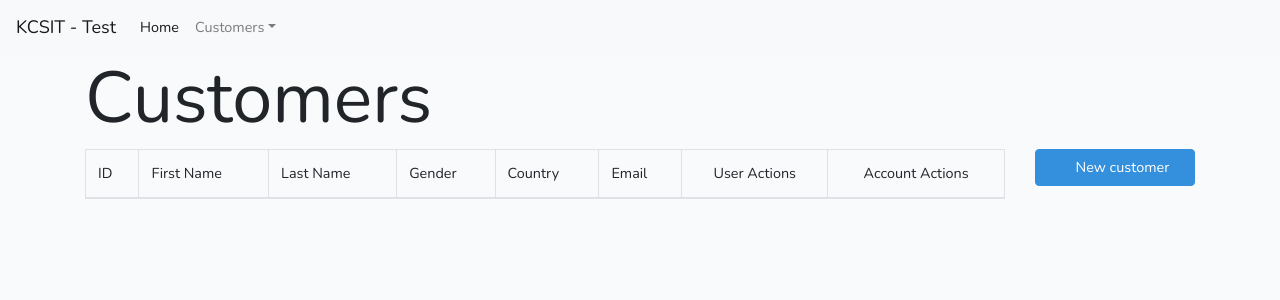
Repository: GilmarBrito/kcsit
Page: resources/views/customers/index.blade.php
The author's editor kept a copy of each file at every save. The page is drawn from the files as they stood at one save, then again after the next save.
The browser window is 1280 px wide. The pictures show the whole page.
The page is served by the project's Laravel application, run on PHP 8.4 with Laravel 8. Style sheets and scripts are compiled from the project's sources, by tool versions that may differ from the author's. The template is opened directly, without the code that normally fills it, so the values that code supplies are empty.

Above is the page before, as saved 2020-03-08 20:43:27.
Console error: ReferenceError: $ is not defined

After the next save:
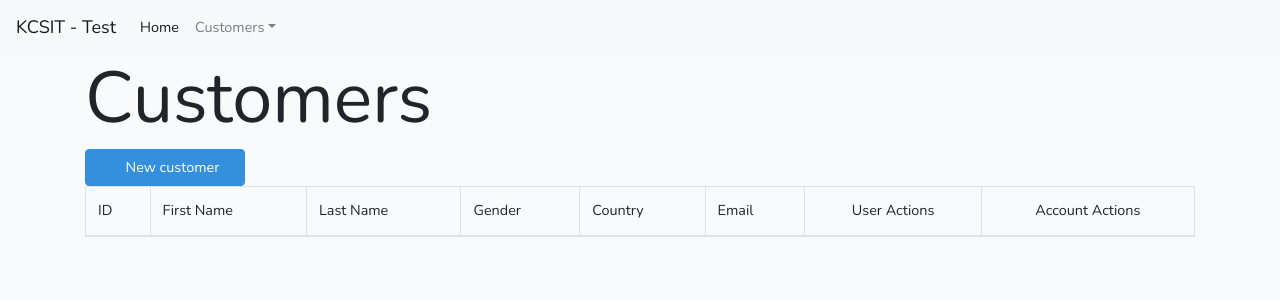
Saved 25 s later.
--- a/resources/views/customers/index.blade.php
+++ b/resources/views/customers/index.blade.php
@@ -5,7 +5,12 @@
     <div class="col-sm-12">
         <h1 class="display-3">Customers</h1>
     </div>
-    <div class="col-sm-10">
+    <div class="col-sm-2">
+        <a href="{{route('customers.create')}}" class="btn btn-primary btn-block">
+            <i class="fas fa-user-plus"></i> New customer
+        </a>
+    </div>
+    <div class="col-sm-12">
         <table class="table table-striped table-bordered">
             <thead>
                 <tr>
@@ -49,10 +54,5 @@
             </tbody>
         </table>
     </div>
-    <div class="col-sm-2">
-        <a href="{{route('customers.create')}}" class="btn btn-primary btn-block">
-            <i class="fas fa-user-plus"></i> New customer
-        </a>
-    </div>
 </div>
 @endsection
